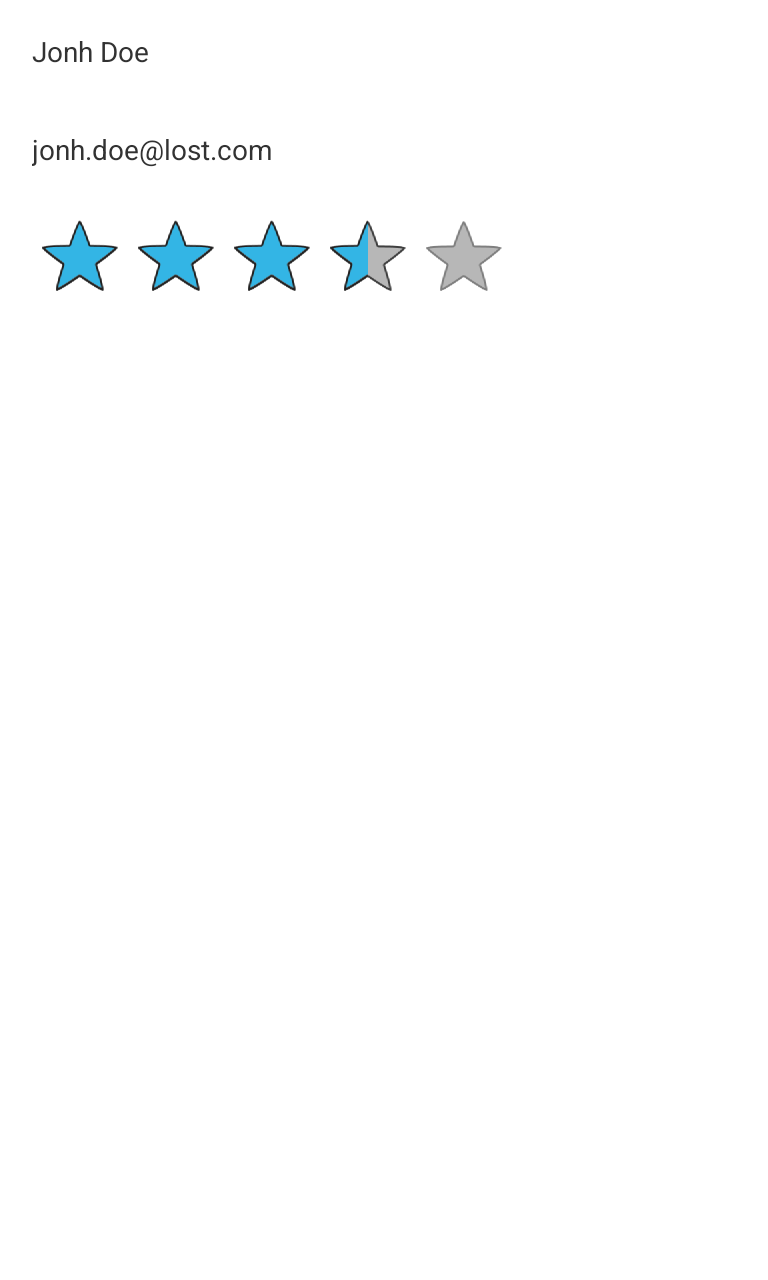
Repository: stefanyhurtado/Control2
Layout: Aci810-control1/Control2/res/layout/activity_show_form.xml
An editor plug-in stored every save of this project. The layout is shown before and after the next save, followed by the edit.
It is drawn on a 768 x 1280 px phone screen (xhdpi) without system bars, with theme AppTheme; the app's code is not run.

Above is the layout before, as saved 2013-10-24 02:16:31.

After the next save:
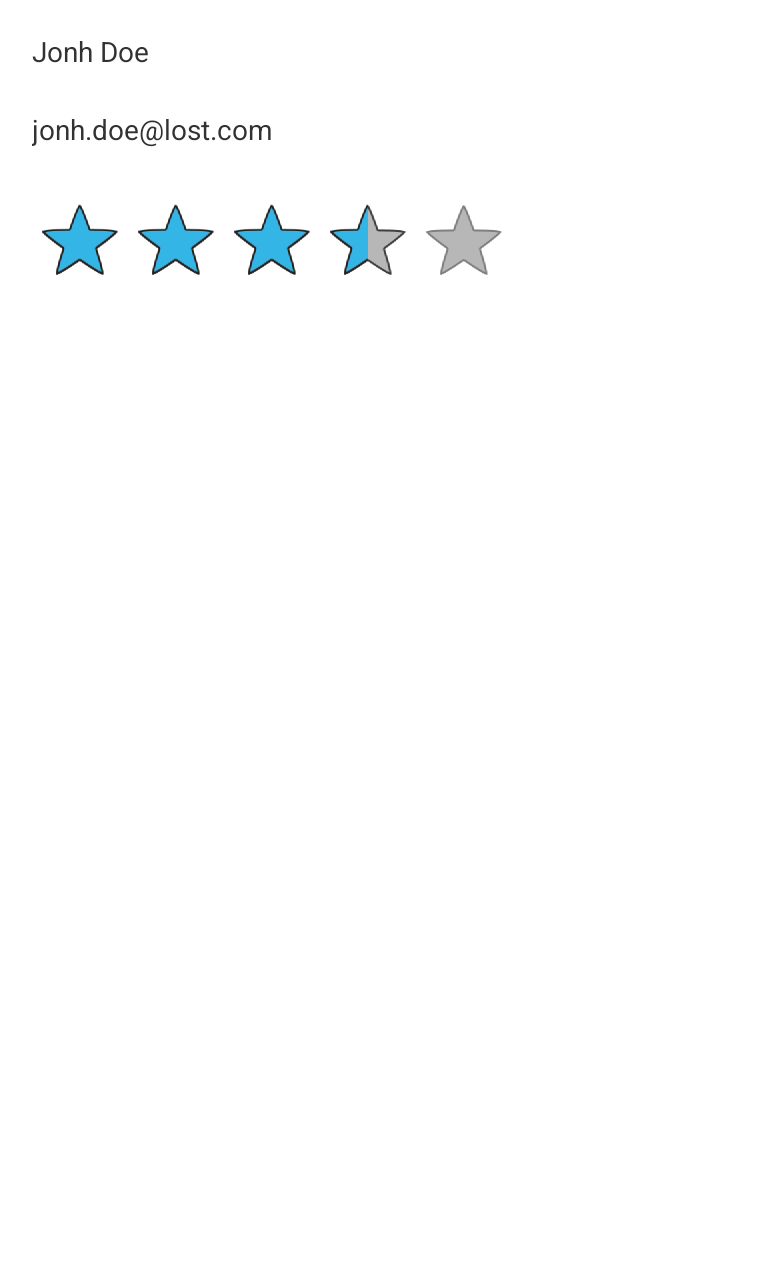
Saved 35 s later.
--- a/Aci810-control1/Control2/res/layout/activity_show_form.xml
+++ b/Aci810-control1/Control2/res/layout/activity_show_form.xml
@@ -19,14 +19,14 @@
         android:id="@+id/textView2"
         android:layout_width="wrap_content"
         android:layout_height="wrap_content"
-        android:layout_marginTop="30dp"
+        android:layout_marginTop="20dp"
         android:text="@string/Text_View2" />
 
     <RatingBar
         android:id="@+id/ratingBar1"
         android:layout_width="wrap_content"
         android:layout_height="wrap_content"
-        android:layout_marginTop="20dp"
+        android:layout_marginTop="22dp"
         android:numStars="5"
         android:rating="3.5"
         />
